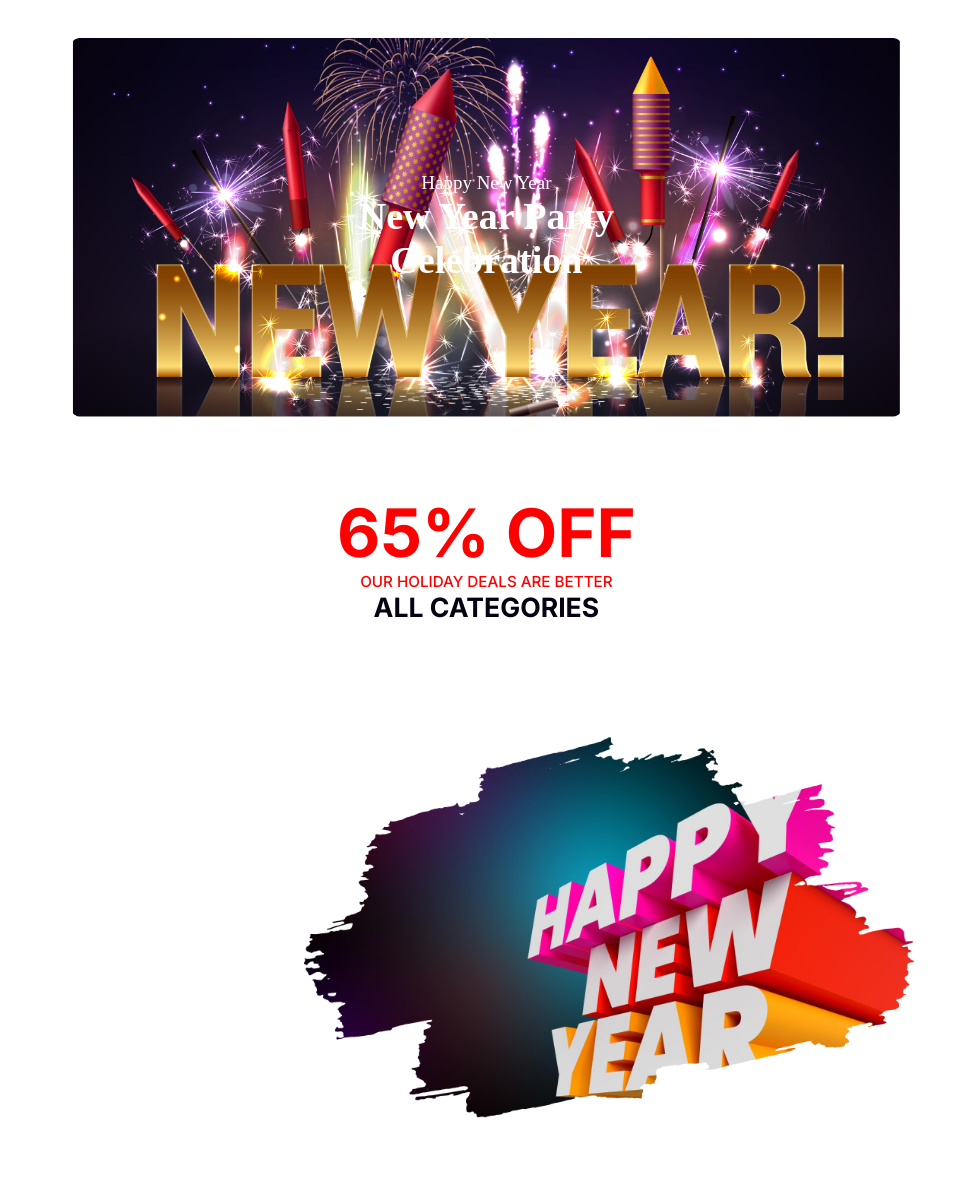
Repository: sumonkumarsarkar/new-year-2024
Page: index.html
These files come from the project's save history. The page is drawn as it stood at one moment and after the next save; the edit follows.
The browser window is 1280 px wide. The pictures show the whole page, at 76% of full size.

Above is the page before, as saved 2024-01-08 10:34:24.

### index.html
<!DOCTYPE html>
<html lang="en">
<head>
    <meta charset="UTF-8">
    <meta name="viewport" content="width=device-width, initial-scale=1.0">
    <title>Happy Nwe Year-2024</title>
    <link rel="preconnect" href="https://fonts.googleapis.com">
<link rel="preconnect" href="https://fonts.gstatic.com" crossorigin>
<link href="https://fonts.googleapis.com/css2?family=Inter:wght@100;200;300;500;600;700&display=swap" rel="stylesheet">
    <link rel="stylesheet" href="/style.css">
</head>
<body>

         <!-- banner-section start  -->
  <header>
    <div class="container banner">
            <div class="heading-text">
            <h4>Happy New Year</h4>
            <h3>New Year Party Celebration</h3>
            </div>

    </div>
  </header>
     <!-- banner-section end  -->

    <!-- holiday deal start  -->
<section id="holiday-deal">
<div class="container-holiday">
    <div class="holiday-text">
        <h2>65% OFF</h2>
        <p>OUR HOLIDAY DEALS ARE BETTER</p>
        <h4>ALL CATEGORIES</h4>
    </div>
    <div class="holiday-img">
        <img src="./image/New Year Photo.png" alt="">
    </div>
</div>
</section>


    <!-- holiday deal end  -->


</body>
</html>

### style.css
*{
    margin: 0;
    padding: 0;
}
body{
    font-family: 'Inter', sans-serif;
}
/* banner section end  */
 .container{
    max-width:1140px;
    width: 85%;
    margin: 50px auto;

 }
 .banner{
    background-image: url(./image/Banner\ Image.png);
    background-position: center;
    background-repeat: no-repeat;
    background-size: cover;

 }
 .heading-text{
   text-align:center;
   justify-content:center;
   padding: 177px 300px ;

 }
 .heading-text h3{
    color: #FFF;
    text-align: center;
    font-family: Merriweather;
    font-size: 50px;
    font-style: normal;
    font-weight: 900;

 }
 .heading-text h4{
    color: #FFF;
    text-align: center;
    font-family: Merriweather;
    font-size: 25px;
    font-style: normal;
    font-weight: 400;
    line-height: normal;
}

/* banner section end  */


/* holiday -section start  */
.container-holiday{
    width: 85%;
    max-width:680px;
    margin: 0 auto;
}
.holiday-text{
   text-align:center;
   justify-content:center;
   padding:50px 50px;
   margin: 50px;

}
.holiday-text h2{
    color: #F00;
    text-align: center;
    font-family: Inter;
    font-size: 88px;
    font-style: normal;
    font-weight: 700;
    line-height: normal;
}
.holiday-text p{
    color: #F00;

    text-align: center;
    font-family: Inter;
    font-size: 20px;
    font-style: normal;
    font-weight: 500;
    line-height: normal;

}
.holiday-text h4{
    color: #070211;

    text-align: center;
    font-family: Inter;
    font-size: 35px;
    font-style: normal;
    font-weight: 700;
    line-height: normal;

}

.holiday-img{
   text-align:center;
   justify-content:center;
   padding:50px 50px;
   margin: 50px;
}



/* holiday -section start  */

After the next save:
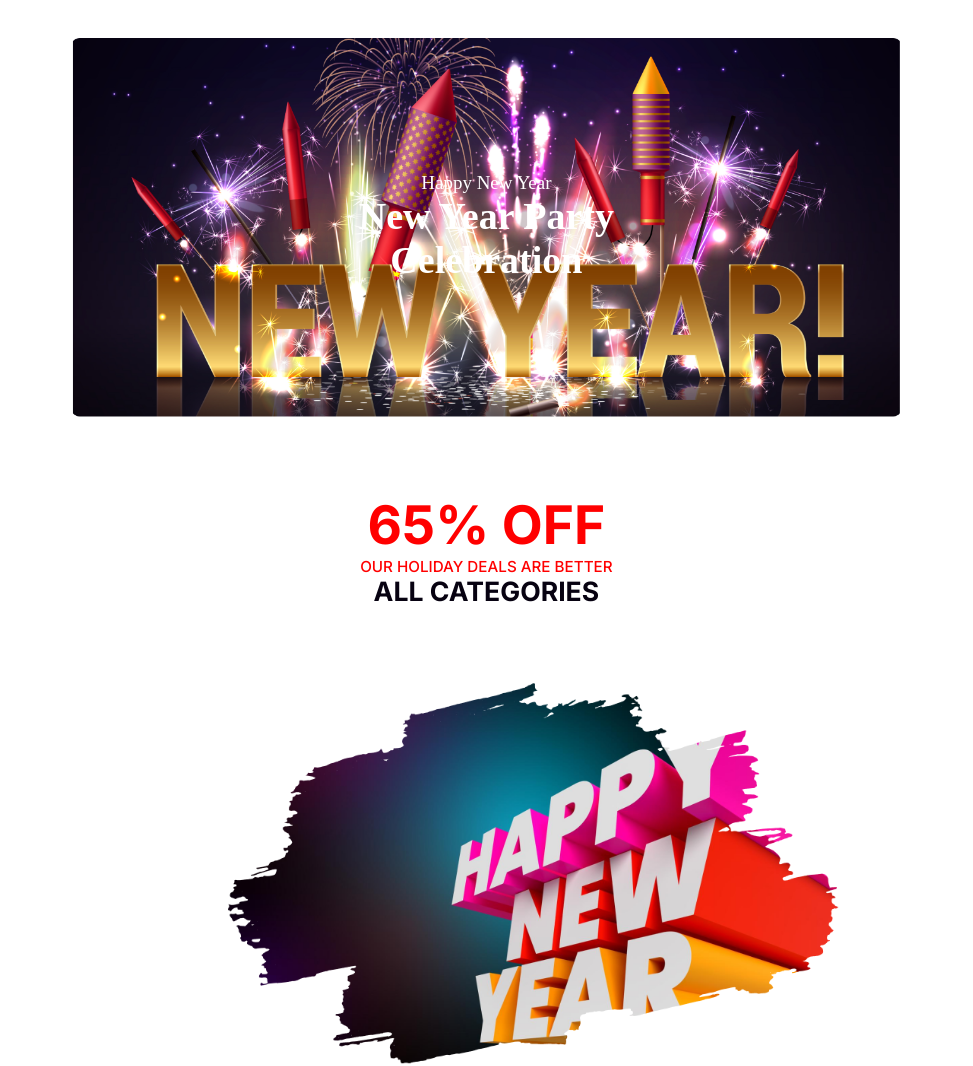
Saved 43 s later.
--- a/style.css
+++ b/style.css
@@ -64,7 +64,7 @@ body{
     color: #F00;
     text-align: center;
     font-family: Inter;
-    font-size: 88px;
+    font-size:70px;
     font-style: normal;
     font-weight: 700;
     line-height: normal;
@@ -95,8 +95,7 @@ body{
 .holiday-img{
    text-align:center;
    justify-content:center;
-   padding:50px 50px;
-   margin: 50px;
+
 }
 
 
